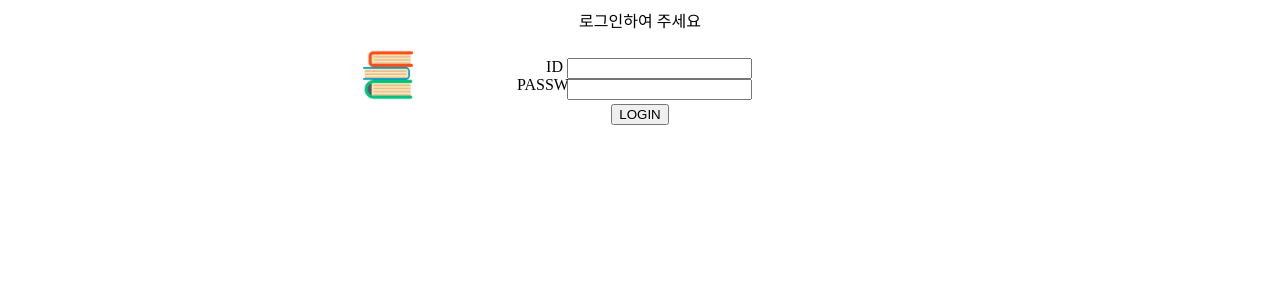
Repository: Minnaldo/Dev
Page: BackEnd/Eworkspace/ws_0911/WebContent/Login.html
An editor plug-in stored every save of this project. The page is shown before and after the next save, followed by the edit.
The browser window is 1280 px wide. The pictures show the whole page.

Above is the page before, as saved 2019-09-13 05:16:12.

After the next save:
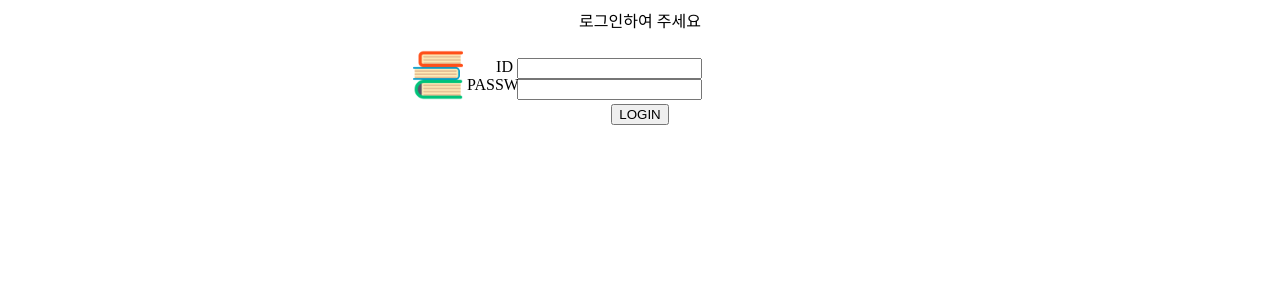
Saved 33 s later.
--- a/BackEnd/Eworkspace/ws_0911/WebContent/Login.html
+++ b/BackEnd/Eworkspace/ws_0911/WebContent/Login.html
@@ -41,7 +41,7 @@
 			<div >로그인하여 주세요</div>
 			<br>
 			<img src="./images/books.png" alt="books" style="width: 50px;">
-			<div style="display: inline-block; width: 400px; margin-left: 100px">
+			<div style="display: inline-block; width: 400px; ">
 			<div style='float: left; width: 50px'>
 				<td>
 				<div style="text-align : right;" >ID&nbsp; </div>
